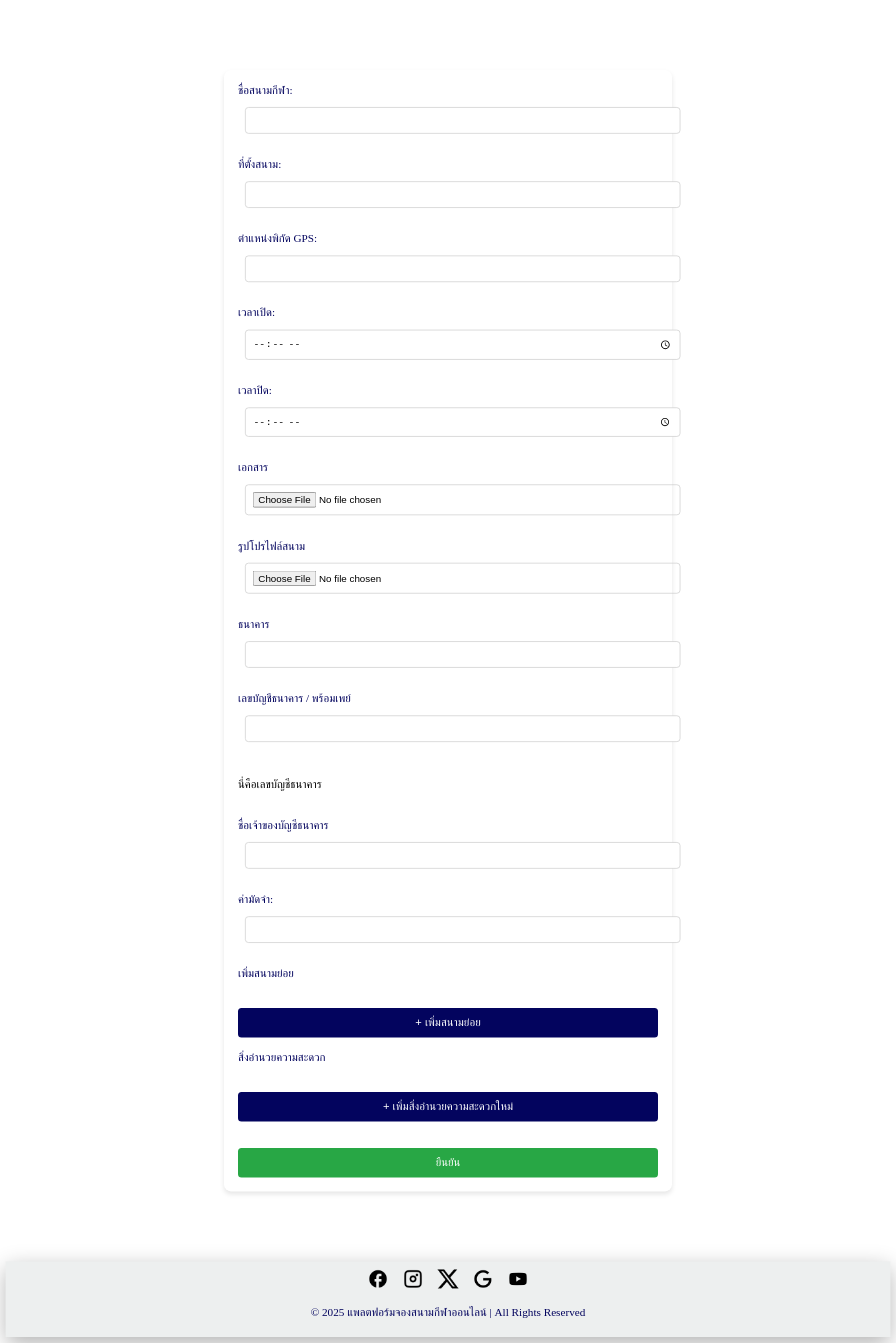
Repository: narawit101/project2
Page: /register-field (app in frontend/)
These files come from the project's save history. The page is drawn as it stood at one moment and after the next save; the edit follows.
The browser window is 1280 px wide. The pictures show the whole page, at 70% of full size.
The page's requests for data from a server got no answer. The project was rebuilt for these pictures with package versions that can differ from the ones it lists, and the page was loaded fresh each time. The framework's server and built-in components were replaced by stand-ins that run in the browser. No one was signed in, and anything a server would have sent is missing. Also part of the build but not shown: frontend/next.config.js, frontend/next.config.mjs, frontend/src/app/globals.css.

Above is the page before, as saved 2025-03-19 10:51:46.

### frontend/src/app/layout.jsx
import { Kanit } from "next/font/google";
import "./globals.css";
import  Footer from "./components/Footer"

const kanitFont = Kanit({
  variable: "--font-kanit",
  subsets: ["latin", "thai"],
  weight: ["300", "400", "600"],
});

export const metadata = {
  title: "แพลตฟอร์มจองสนามกีฬาออนไลน์",
  description: "Generated by create next app",
  icons: {
    icon:"./favicon.ico"
  }
};

export default function RootLayout({ children }) {
  return (
    <html lang="en">
      <body className={`${kanitFont.variable} antialiased`}>{children}
      <Footer></Footer>
      </body>

    </html>
  );
}

### frontend/src/app/(shared)/register-field/page.jsx
import React from "react";
import RegisterFieldForm from "@/app/components/RegisterFieldForm";

export default function RegisterFieldPage() {
  return (
    <>
    <RegisterFieldForm></RegisterFieldForm>

    </>
  );
}

### frontend/src/app/components/RegisterFieldForm.jsx
"use client";
import React, { useState, useEffect } from "react";
import "../css/registerFieldForm.css";

export default function RegisterFieldForm() {
  const API_URL = process.env.NEXT_PUBLIC_API_URL;

  const [sports, setSports] = useState([]);
  const [facilities, setFacilities] = useState([]);
  const [selectedFacilities, setSelectedFacilities] = useState({});
  const [subFields, setSubFields] = useState([]);
  const [addOns, setAddons] = useState([]);
  const [newFacility, setNewFacility] = useState("");
  const [showNewFacilityInput, setShowNewFacilityInput] = useState(false);

  const [fieldData, setFieldData] = useState({
    field_name: "",
    address: "",
    gps_location: "",
    documents: null,
    open_hours: "",
    close_hours: "",
    img_field: null,
    preview_img: null,
    number_bank: "",
    account_holder: "",
    price_deposit: "",
    name_bank: "",
    selectedSport: "",
  });

  //  โหลดประเภทกีฬา
  useEffect(() => {
    fetch(`${API_URL}/sports_types`)
      .then((res) => res.json())
      .then((data) => setSports(data))
      .catch((error) => console.error("Error fetching sports:", error));
  }, []);

  //  โหลดสิ่งอำนวยความสะดวก
  useEffect(() => {
    fetch(`${API_URL}/facilities`)
      .then((res) => res.json())
      .then((data) => setFacilities(data))
      .catch((error) => console.error("Error fetching facilities:", error));
  }, []);

  //  อัปเดตค่าช่องกรอกข้อมูลสนาม
  const handleFieldChange = (e) => {
    setFieldData({ ...fieldData, [e.target.name]: e.target.value });
  };

  //  ฟังก์ชันเลือก Checkbox สิ่งอำนวยความสะดวก
  const handleFacilityChange = (facId) => {
    setSelectedFacilities((prev) => {
      const updatedFacilities = { ...prev };
      if (updatedFacilities[facId] !== undefined) {
        delete updatedFacilities[facId];
      } else {
        updatedFacilities[facId] = "";
      }
      return updatedFacilities;
    });
  };

  //  ฟังก์ชันอัปเดตราคาสิ่งอำนวยความสะดวก
  const handleFacilityPriceChange = (facId, price) => {
    setSelectedFacilities((prev) => ({
      ...prev,
      [facId]: price,
    }));
  };

  //  ฟังก์ชันเพิ่มสิ่งอำนวยความสะดวกใหม่
  const addNewFacility = async () => {
    if (!newFacility.trim()) return;

    const res = await fetch(`${API_URL}/facilities/add`, {
      method: "POST",
      headers: { "Content-Type": "application/json" },
      body: JSON.stringify({ fac_name: newFacility }),
    });

    const data = await res.json();
    if (data.error) {
      console.error("Error:", data.error);
      return;
    }

    setFacilities([...facilities, data]);
    setNewFacility("");
    setShowNewFacilityInput(false);
  };

  //  เพิ่มสนามย่อย (มี addOns ในตัวเอง)
  const addSubField = () => {
    //  ดึง user_id จาก localStorage
    const storedUser = localStorage.getItem("user");
    const userData = storedUser ? JSON.parse(storedUser) : null;
    const userId = userData ? userData.user_id : null; // ดึง user_id

    setSubFields([
      ...subFields,
      { name: "", price: "", sport_id: "", user_id: userId, addOns: [] },
    ]);
  };

  //  ลบสนามย่อย (รวมถึง Add-ons ที่อยู่ภายใน)
  const removeSubField = (index) => {
    setSubFields(subFields.filter((_, i) => i !== index));
  };

  //  อัปเดตข้อมูลสนามย่อย
  const updateSubField = (index, key, value) => {
    const updatedSubFields = [...subFields];
    updatedSubFields[index][key] = value;
    setSubFields(updatedSubFields);
  };

  const addAddOn = (subIndex) => {
    const updatedSubFields = [...subFields];
    updatedSubFields[subIndex].addOns.push({ content: "", price: "" });
    setSubFields(updatedSubFields);
  };

  //  อัปเดตค่า Add-on
  const updateAddOn = (subIndex, addOnIndex, key, value) => {
    const updatedSubFields = [...subFields];
    updatedSubFields[subIndex].addOns[addOnIndex][key] = value;
    setSubFields(updatedSubFields);
  };

  // ลบ Add-on
  const removeAddOn = (subIndex, addOnIndex) => {
    const updatedSubFields = [...subFields];
    updatedSubFields[subIndex].addOns.splice(addOnIndex, 1);
    setSubFields(updatedSubFields);
  };

  // ฟังก์ชันจัดการอัปโหลดรูป และแสดงตัวอย่าง
  const handleimgChange = (e) => {
    const file = e.target.files[0]; // ดึงไฟล์รูปจาก input
    if (file) {
      setFieldData({
        ...fieldData,
        img_field: file,
        imgPreview: URL.createObjectURL(file), // สร้าง URL เพื่อแสดงรูป
      });
    }
  };

  const handleSubmit = async (e) => {
    e.preventDefault();

    const storedUser = localStorage.getItem("user");
    if (!storedUser) {
      alert(" กรุณาเข้าสู่ระบบก่อน!");
      return;
    }

    const userData = JSON.parse(storedUser);
    const userId = userData.user_id; //  ดึง user_id ตอน Submit

    const formData = new FormData();
    formData.append("documents", fieldData.documents);
    formData.append("img_field", fieldData.img_field); //  เพิ่มการส่งรูปภาพ
    formData.append(
      "data",
      JSON.stringify({
        user_id: userId,
        field_name: fieldData.field_name,
        address: fieldData.address,
        gps_location: fieldData.gps_location,
        open_hours: fieldData.open_hours,
        close_hours: fieldData.close_hours,
        number_bank: fieldData.number_bank,
        account_holder: fieldData.account_holder,
        price_deposit: fieldData.price_deposit,
        name_bank: fieldData.name_bank,
        status: fieldData.status || "รอตรวจสอบ", //  เพิ่มค่า Status
        selectedFacilities,
        subFields: subFields,
      })
    );

    try {
      const res = await fetch("http://localhost:5000/field/register", {
        method: "POST",
        body: formData,
      });

      const data = await res.json();
      if (data.error) {
        console.error(" Error:", data.error);
        alert("เกิดข้อผิดพลาด: " + data.error);
        return;
      }

      alert("ลงทะเบียนสนามเรียบร้อย!");
    } catch (error) {
      console.error(" Fetch Error:", error);
      alert("เกิดข้อผิดพลาดในการส่งข้อมูล");
    }
  };

  return (
    <div className="contianer">
      <form onSubmit={handleSubmit} encType="multipart/form-data">
        <div className="input-group">
          {" "}
          <label>ชื่อสนามกีฬา:</label>
          <input
            type="text"
            name="field_name"
            value={fieldData.field_name}
            onChange={handleFieldChange}
          />
        </div>
        <div className="input-group">
          <label>ที่ตั้งสนาม:</label>
          <input
            type="text"
            name="address"
            value={fieldData.address}
            onChange={handleFieldChange}
          />
        </div>
        <div className="input-group">
          <label>ตำแหน่งพิกัด GPS:</label>
          <input
            type="text"
            name="gps_location"
            value={fieldData.gps_location}
            onChange={handleFieldChange}
          />
        </div>
        <div className="input-group">
          <label>เวลาเปิด:</label>
          <input
            type="time"
            name="open_hours"
            value={fieldData.open_hours}
            onChange={handleFieldChange}
          />
        </div>
        <div className="input-group">
          <label>เวลาปิด:</label>
          <input
            type="time"
            name="close_hours"
            value={fieldData.close_hours}
            onChange={handleFieldChange}
          />
        </div>
        <div className="input-group">
          <label htmlFor="documents">เอกสาร</label>
          <input
            type="file"
            onChange={(e) =>
              setFieldData({ ...fieldData, documents: e.target.files[0] })
            }
          />
        </div>
        <div className="input-group">
          <label htmlFor="img_field">รูปโปรไฟล์สนาม</label>

          <input type="file" onChange={handleimgChange} accept="image/*" />
        </div>
        {/* ✅ แสดงรูปตัวอย่างถ้ามีการอัปโหลด */}
        {fieldData.imgPreview && (
          <div>
            <p>ตัวอย่างรูป:</p>
            <img
              src={fieldData.imgPreview}
              alt="Preview"
              style={{ width: "200px", height: "auto", marginTop: "10px" }}
            />
          </div>
        )}
        <div className="input-group">
          <label htmlFor="bank">ธนาคาร</label>
          <input
            type="text"
            name="name_bank"
            value={fieldData.name_bank}
            onChange={handleFieldChange}
          />
        </div>
        <div className="input-group">
          <label htmlFor="bank">เลขบัญชีธนาคาร / พร้อมเพย์</label>
          <input
            type="number"
            name="number_bank"
            value={fieldData.number_bank}
            onChange={(e) => {
              const value = e.target.value;

              // ✅ อนุญาตเฉพาะตัวเลข
              if (/^\d*$/.test(value)) {
                setFieldData({ ...fieldData, number_bank: value });
              }
            }}
            onBlur={() => {
              const isPromptPay = fieldData.name_bank === "พร้อมเพย์";
              const length = fieldData.number_bank.length;

              // ✅ ตรวจสอบความถูกต้องของเลขที่กรอก
              if (
                (!isPromptPay && length !== 12) || // ✅ ถ้าเป็นบัญชีธนาคารต้อง 13 หลัก
                (isPromptPay && length !== 10 && length !== 13) // ✅ ถ้าเป็นพร้อมเพย์ต้อง 10 หรือ 13 หลัก
              ) {
                alert("เลขที่กรอกไม่ถูกต้อง กรุณากรอกให้ตรงกับเงื่อนไข");
                setFieldData({ ...fieldData, number_bank: "" }); // ❌ เคลียร์ค่า
              }
            }}
            maxLength={13} // ✅ จำกัดสูงสุดที่ 13 หลัก
          />
        </div>
        <div className="input-group">
          <p>
            {" "}
            {fieldData.name_bank === "พร้อมเพย์"
              ? "นี่คือหมายเลขพร้อมเพย์"
              : "นี่คือเลขบัญชีธนาคาร"}
          </p>
        </div>
        <div className="input-group">
          <label htmlFor="bank">ชื่อเจ้าของบัญชีธนาคาร</label>
          <input
            type="text"
            name="account_holder"
            value={fieldData.account_holder}
            onChange={handleFieldChange}
          />
        </div>
        <div className="input-group">
          <label>ค่ามัดจำ:</label>
          <input
            type="number"
            name="price_deposit"
            value={fieldData.price_deposit}
            onChange={handleFieldChange}
          />
        </div>
        <div className="input-group">
          <label>เพิ่มสนามย่อย</label>
        </div>
        {subFields.map((sub, subIndex) => (
          <div
            key={subIndex}

          >
            {/* ✅ Input กรอกชื่อสนามย่อย */}
            <div className="input-group">
              <input
                type="text"
                placeholder="ชื่อสนามย่อย"
                value={sub.name}
                onChange={(e) =>
                  updateSubField(subIndex, "name", e.target.value)
                }
              />
            </div>
            {/* ✅ Input กรอกราคา */}
            <div className="input-group">
              <input
                type="number"
                placeholder="ราคา"
                value={sub.price}
                onChange={(e) =>
                  updateSubField(subIndex, "price", e.target.value)
                }
              />
            </div>

            {/* ✅ Dropdown เลือกประเภทกีฬา */}
            <div className="input-group">
              <select
                value={sub.sport_id}
                onChange={(e) =>
                  updateSubField(subIndex, "sport_id", e.target.value)
                }
              >
                <option value="">เลือกประเภทกีฬา</option>
                {sports.map((sport) => (
                  <option key={sport.sport_id} value={sport.sport_id}>
                    {sport.sport_name}
                  </option>
                ))}
              </select>
            </div>

            {/* ✅ ปุ่มเพิ่มกิจกรรมเพิ่มเติม (เฉพาะสนามนี้) */}
            <button
              className="addbtn"
              type="button"
              onClick={() => addAddOn(subIndex)}
            >
              เพิ่มกิจกรรมเพิ่มเติม
            </button>

            {/* ✅ ปุ่มลบสนามย่อย */}
            <button
              className="delbtn"
              type="button"
              onClick={() => removeSubField(subIndex)}
            >
              ลบสนามย่อย
            </button>

            {/* ✅ แสดงรายการกิจกรรมเพิ่มเติมที่อยู่ในสนามนี้ */}
            {sub.addOns.map((addon, addOnIndex) => (
              <div
                key={addOnIndex}
                style={{ marginLeft: "20px", marginTop: "5px" }}
              >
                {/* ✅ Input กรอกชื่อกิจกรรม */}
                <div className="input-group">
                  <input
                    type="text"
                    placeholder="ชื่อกิจกรรม"
                    value={addon.content}
                    onChange={(e) =>
                      updateAddOn(
                        subIndex,
                        addOnIndex,
                        "content",
                        e.target.value
                      )
                    }
                  />
                </div>
                {/* ✅ Input กรอกราคา */}
                <div className="input-group">
                  <input
                    type="number"
                    placeholder="ราคา"
                    value={addon.price}
                    onChange={(e) =>
                      updateAddOn(subIndex, addOnIndex, "price", e.target.value)
                    }
                  />
                </div>

                {/* ✅ ปุ่มลบกิจกรรมเพิ่มเติม */}
                <button
                  className="delevn"
                  type="button"
                  onClick={() => removeAddOn(subIndex, addOnIndex)}
                >
                  ลบกิจกรรมเพิ่มเติม
                </button>
              </div>
            ))}
          </div>
        ))}

        {/* ✅ ปุ่มเพิ่มสนามย่อย */}

        <button className="addsubfield" type="button" onClick={addSubField}>
          + เพิ่มสนามย่อย
        </button>
        <div className="input-group">
          <label>สิ่งอำนวยความสะดวก</label>
        </div>
        {facilities.map((fac) => (
          <div key={fac.fac_id} className="facility-item">
            {/* Checkbox เลือกสิ่งอำนวยความสะดวก */}
            <div className="input-group-checkbox">
              <input
                type="checkbox"
                checked={selectedFacilities[fac.fac_id] !== undefined}
                onChange={() => handleFacilityChange(fac.fac_id)}
              />
              <label>{fac.fac_name}</label>
            </div>

            {/* ป้อนราคาเมื่อเลือกสิ่งอำนวยความสะดวก */}
            {selectedFacilities[fac.fac_id] !== undefined && (
              <div className="input-group-checkbox">
                <input
                  type="number"
                  placeholder="กำหนดราคา"
                  value={selectedFacilities[fac.fac_id]}
                  onChange={(e) =>
                    handleFacilityPriceChange(fac.fac_id, e.target.value)
                  }
                />
              </div>
            )}
          </div>
        ))}
        {!showNewFacilityInput ? (
          <button
            className="addfac"
            type="button"
            onClick={() => setShowNewFacilityInput(true)}
          >
            + เพิ่มสิ่งอำนวยความสะดวกใหม่
          </button>
        ) : (
          <div>
            <input
              type="text"
              placeholder="ชื่อสิ่งอำนวยความสะดวก"
              value={newFacility}
              onChange={(e) => setNewFacility(e.target.value)}
            />
            <button className="savebtn" type="button" onClick={addNewFacility}>
              บันทึก
            </button>
            <button
              className="canbtn"
              type="button"
              onClick={() => setShowNewFacilityInput(false)}
            >
              ยกเลิก
            </button>
          </div>
        )}

        <br />
        <button className="submitbtn" type="submit">ยืนยัน</button>
      </form>
    </div>
  );
}

### frontend/src/app/css/footer.css
:root {
  --text-color: #03045e;
}
.footer {
  background: #edefef;
  padding: 10px 0;
  text-align: center;
  color: var(--text-color);
  position: relative;
  box-shadow: 0px 10px 30px rgba(0, 0, 0, 0.3);
}

.social-icons {
  display: flex;
  justify-content: center;
  gap: 20px;
  margin-bottom: 20px;
}

.social-icons a img {
  width: 30px;
  height: 30px;
  transition: transform 0.3s ease-in-out;
}

.social-icons a:hover img {
  transform: scale(1.1);
  filter: brightness(1.2);
}

.copyright {
  font-size: 16px;
}

Loaded but not shown: frontend/tailwind.config.mjs (17 lines, source omitted); frontend/src/app/css/registerFieldForm.css (117 lines, source omitted); frontend/src/app/components/Footer.jsx (32 lines, source omitted)

After the next save:
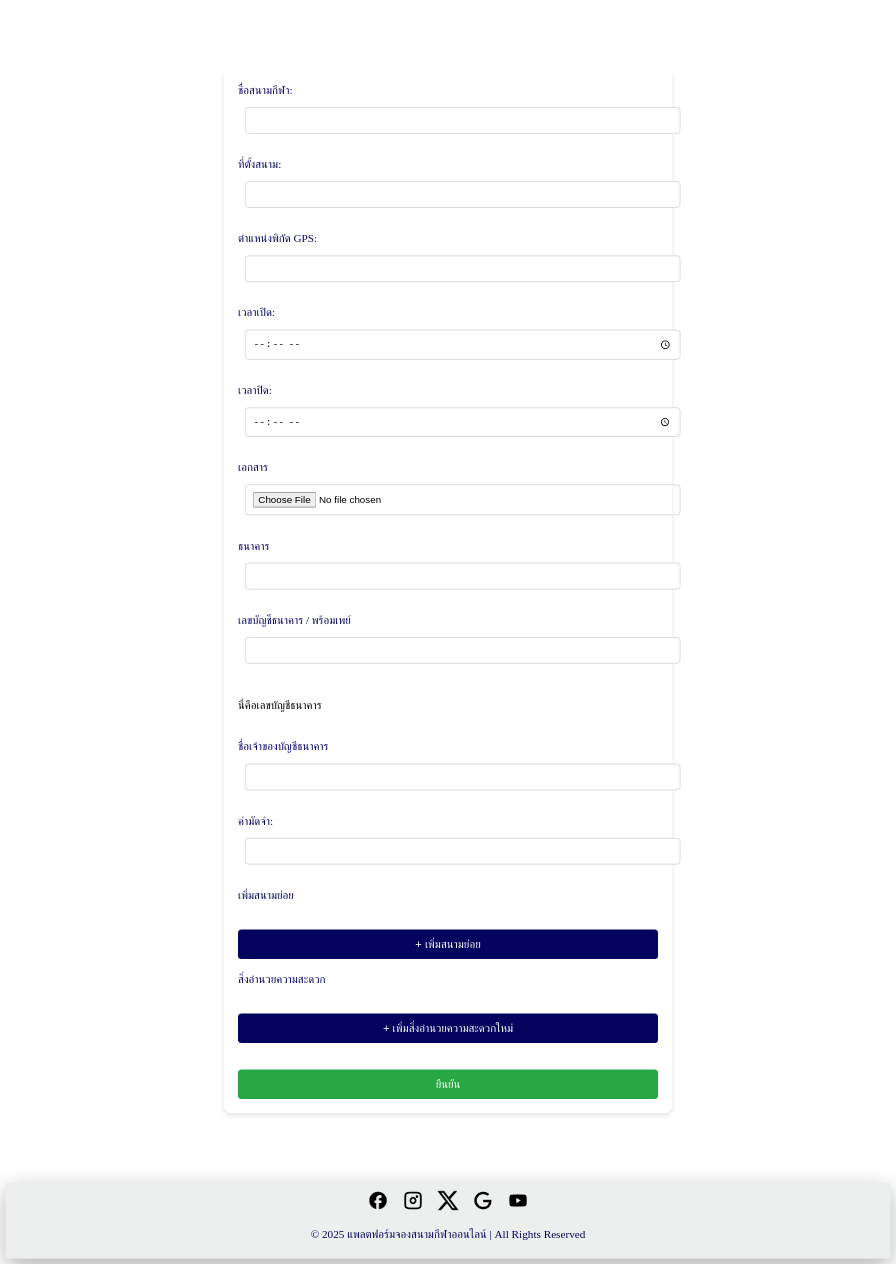
Saved 10 s later.
--- a/frontend/src/app/components/RegisterFieldForm.jsx
+++ b/frontend/src/app/components/RegisterFieldForm.jsx
@@ -260,11 +260,6 @@
               setFieldData({ ...fieldData, documents: e.target.files[0] })
             }
           />
-        </div>
-        <div className="input-group">
-          <label htmlFor="img_field">รูปโปรไฟล์สนาม</label>
-
-          <input type="file" onChange={handleimgChange} accept="image/*" />
         </div>
         {/* ✅ แสดงรูปตัวอย่างถ้ามีการอัปโหลด */}
         {fieldData.imgPreview && (

After the save that followed:
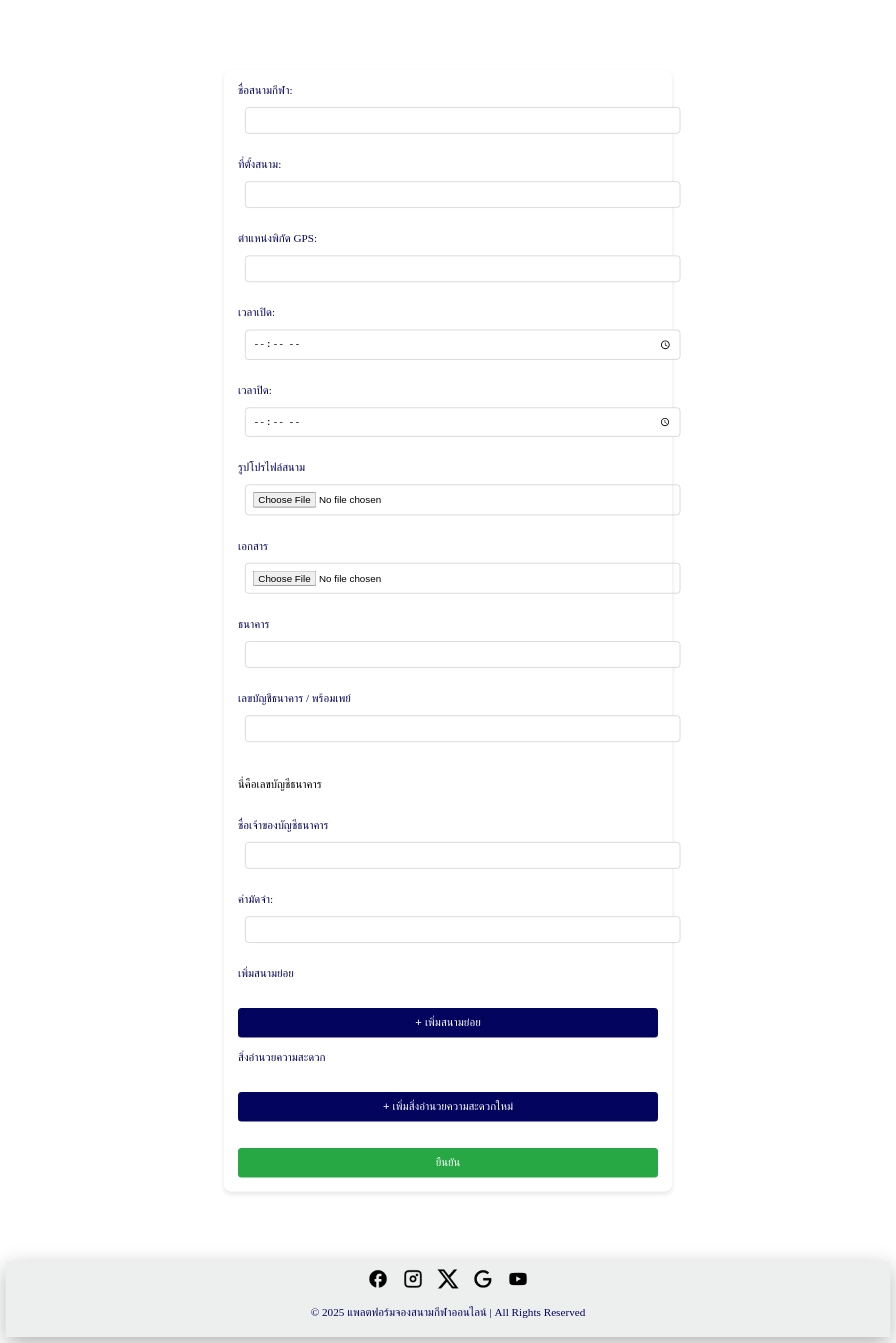
Saved 12 s later.
--- a/frontend/src/app/components/RegisterFieldForm.jsx
+++ b/frontend/src/app/components/RegisterFieldForm.jsx
@@ -253,6 +253,11 @@
           />
         </div>
         <div className="input-group">
+          <label htmlFor="img_field">รูปโปรไฟล์สนาม</label>
+
+          <input type="file" onChange={handleimgChange} accept="image/*" />
+        </div>
+        <div className="input-group">
           <label htmlFor="documents">เอกสาร</label>
           <input
             type="file"
@@ -341,10 +346,7 @@
           <label>เพิ่มสนามย่อย</label>
         </div>
         {subFields.map((sub, subIndex) => (
-          <div
-            key={subIndex}
-
-          >
+          <div key={subIndex}>
             {/* ✅ Input กรอกชื่อสนามย่อย */}
             <div className="input-group">
               <input
@@ -515,7 +517,9 @@
         )}
 
         <br />
-        <button className="submitbtn" type="submit">ยืนยัน</button>
+        <button className="submitbtn" type="submit">
+          ยืนยัน
+        </button>
       </form>
     </div>
   );
